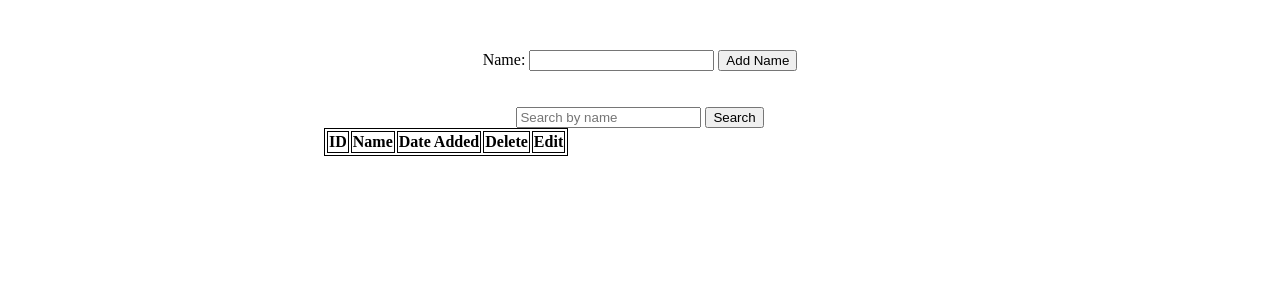
Repository: Theracon/Simple-mysql-node-app
Page: client/index.html
These files come from the project's save history. The page is drawn as it stood at one moment and after the next save; the edit follows.
The browser window is 1280 px wide. The pictures show the whole page.

Above is the page before, as saved 2021-06-04 09:14:35.

After the next save:
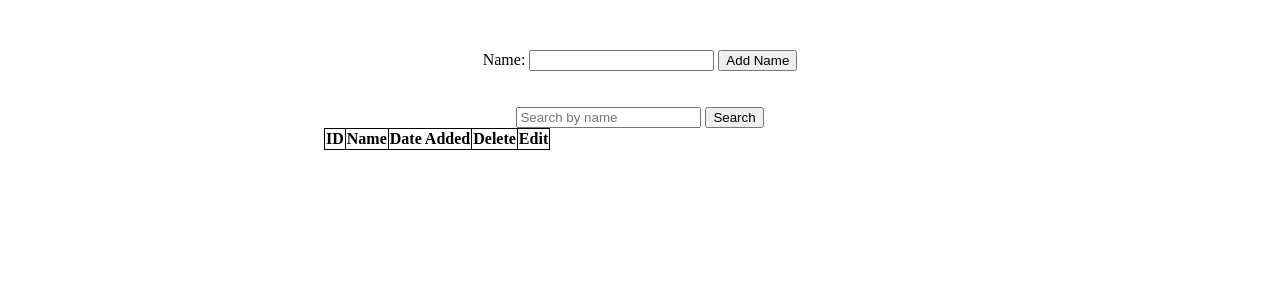
Saved 12 s later.
--- a/client/stylesheet.css
+++ b/client/stylesheet.css
@@ -8,4 +8,5 @@
 th,
 td {
     border: 1px solid #000;
+    border-collapse: collapse;
 }

After the save that followed:
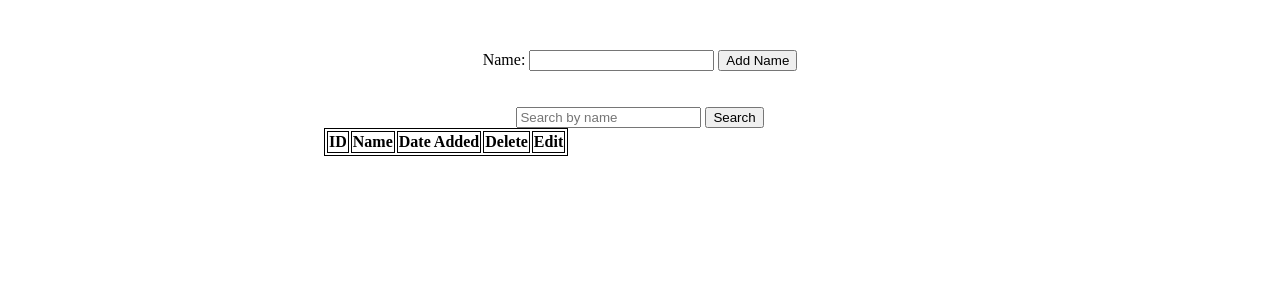
Saved 4 s later.
--- a/client/stylesheet.css
+++ b/client/stylesheet.css
@@ -8,5 +8,5 @@
 th,
 td {
     border: 1px solid #000;
-    border-collapse: collapse;
+    border-collapse: separate;
 }
